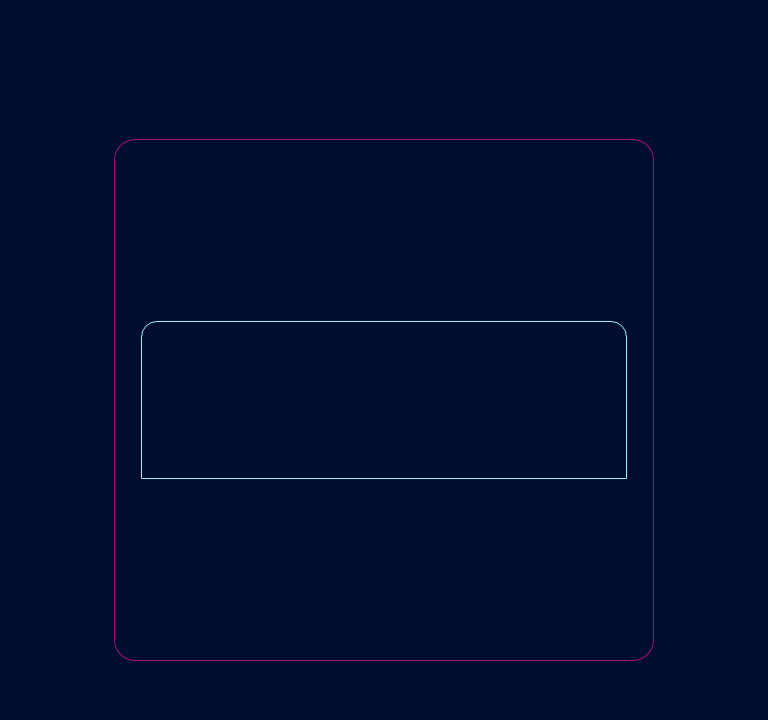
Repository: 2001mariana/Calculator_react
Page: /
These files come from the project's save history. The page is drawn as it stood at one moment and after a run of saves; the edit follows.
The browser window is 768 px wide. The pictures show the whole page.
The project was rebuilt for these pictures with package versions that can differ from the ones it lists, and the page was loaded fresh each time.

Above is the page before, as saved 2023-02-06 17:33:41.

### src/index.tsx
import React from "react";
import ReactDOM from "react-dom/client";

import App from "./App";
import reportWebVitals from "./reportWebVitals";

import "./index.css";

const root = ReactDOM.createRoot(
  document.getElementById("root") as HTMLElement
);
root.render(
  <React.StrictMode>
    <App />
  </React.StrictMode>
);

reportWebVitals();

### src/App.tsx
import "./App.css";

function App() {
  return (
    <div className="Calculator">
      <div className="Calculator__body">
        <div className="Calculator__screen"></div>
      </div>
    </div>
  );
}

export default App;

### src/App.css
.Calculator {
  background-color: #020e31;
  height: 100vh;
  display: flex;
  justify-content: center;
  align-items: center;
}

.Calculator__body {
  height: 50vh;
  width: 40vw;
  border-radius: 4%;
  border: 1px solid #9e1379;
  display: flex;
  flex-direction: column;
  justify-content: center;
  align-items: center;
}

.Calculator__screen {
  border: 1px solid #92F4F4;
  height: 30%;
  width: 90%;
  border-radius: 16px 16px 0 0;
}

@media (max-width: 1200px) {
  .Calculator__body {
    height: 55vh;
  }
}

@media (max-width: 1100px) {
  .Calculator__body {
    width: 50vw;
    height: 60vh;
  }
}

@media (max-width: 1000px) {
  .Calculator__body {
    width: 55vw;
    height: 65vh;
  }
}

@media (max-width: 900px) {
  .Calculator__body {
    width: 60vw;
  }
}

@media (max-width: 800px) {
  .Calculator__body {
    width: 70vw;
  }
}

@media (max-width: 680px) {
  .Calculator__body {
    width: 80vw;
  }
}

@media (max-width: 560px) {
  .Calculator__body {
    width: 90vw;
  }
}

Loaded but not shown: public/index.html (common file); src/reportWebVitals.ts (common file); src/index.css (common file)

After the next 2 saves:
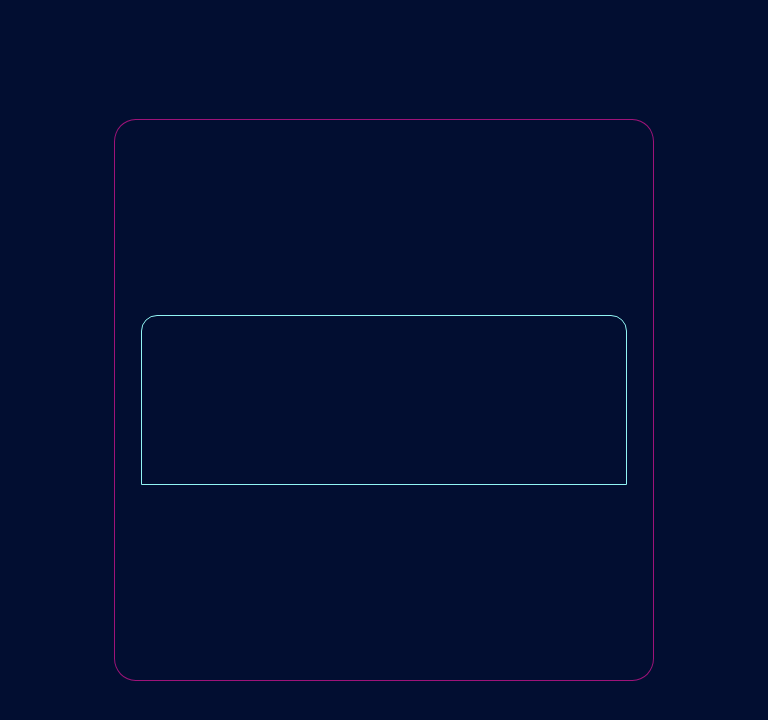
The 2 saves are shown as one change because they came seconds apart.
The last was saved 22 s later.
--- a/src/App.css
+++ b/src/App.css
@@ -47,6 +47,7 @@
 @media (max-width: 900px) {
   .Calculator__body {
     width: 60vw;
+    height: 70vh;
   }
 }
 
